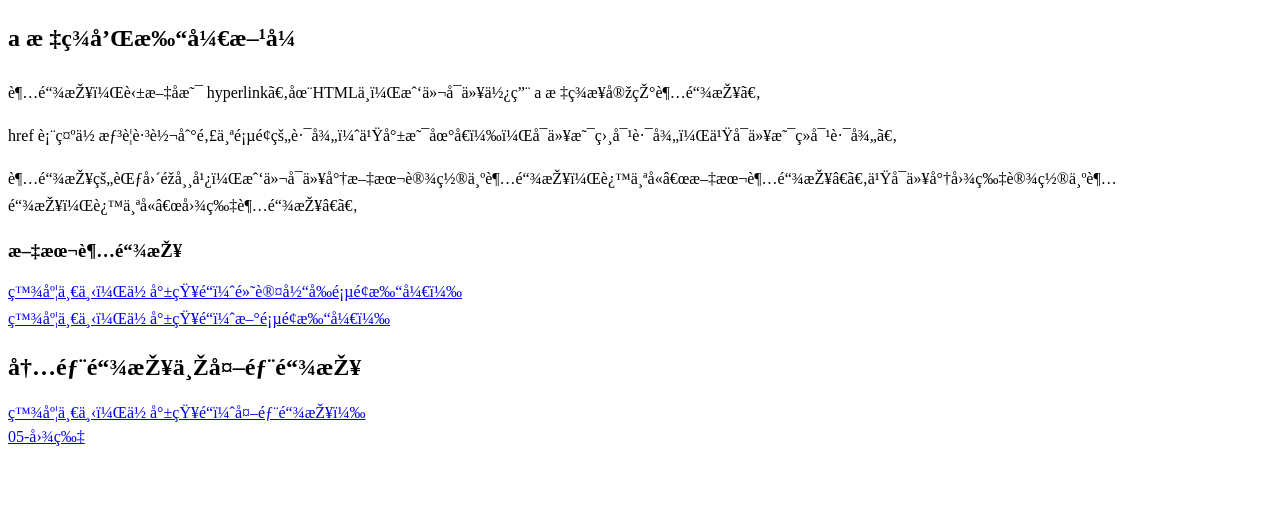
Repository: liang-n/front-end-basics
Page: 08-超链接.html
The author's editor kept a copy of each file at every save. The page is drawn from the files as they stood at one save, then again after a run of saves.
The browser window is 1280 px wide. The pictures show the whole page.

Above is the page before, as saved 2022-05-15 13:21:56.

### 08-超链接.html
<!DOCTYPE html>
<html>

<head>
    <meta charset="uft-8" />
    <title>08-超链接</title>
</head>

<body>
    <div>
        <h2>a 标签和打开方式</h2>
        <p>超链接，英文名是 hyperlink。在HTML中，我们可以使用 a 标签来实现超链接。</p>
        <p>href 表示你想要跳转到那个页面的路径（也就是地址），可以是相对路径，也可以是绝对路径。</p>
        <p>超链接的范围非常广，我们可以将文本设置为超链接，这个叫“文本超链接”。也可以将图片设置为超链接，这个叫“图片超链接”。</p>
        <h3>文本超链接</h3>
        <a href="https://www.baidu.coom/">百度一下，你就知道（默认当前页面打开）</a>
        <br>
        <a href="https://www.baidu.coom/" target="_blank">百度一下，你就知道（新页面打开）</a>
    </div>
    <h2>内部链接与外部链接</h2>
    <a href="http://www.baidu.com/" target="_blank">百度一下，你就知道（外部链接）</a>
    <br>
    <a href="05-图片.html">05-图片</a>
</body>

</html>

After the next 6 saves:
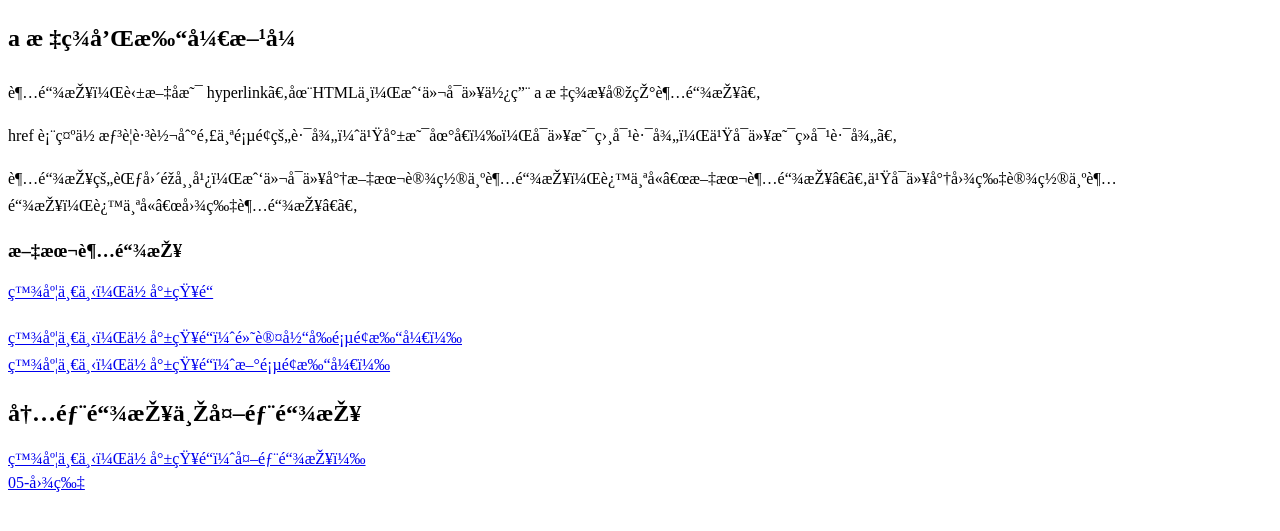
The 6 saves are shown as one change because they came seconds apart.
The last was saved 27 s later.
--- a/08-超链接.html
+++ b/08-超链接.html
@@ -13,6 +13,8 @@
         <p>href 表示你想要跳转到那个页面的路径（也就是地址），可以是相对路径，也可以是绝对路径。</p>
         <p>超链接的范围非常广，我们可以将文本设置为超链接，这个叫“文本超链接”。也可以将图片设置为超链接，这个叫“图片超链接”。</p>
         <h3>文本超链接</h3>
+        <a href="https://www.baidu.coom/">百度一下，你就知道</a>
+        <h3></h3>
         <a href="https://www.baidu.coom/">百度一下，你就知道（默认当前页面打开）</a>
         <br>
         <a href="https://www.baidu.coom/" target="_blank">百度一下，你就知道（新页面打开）</a>
